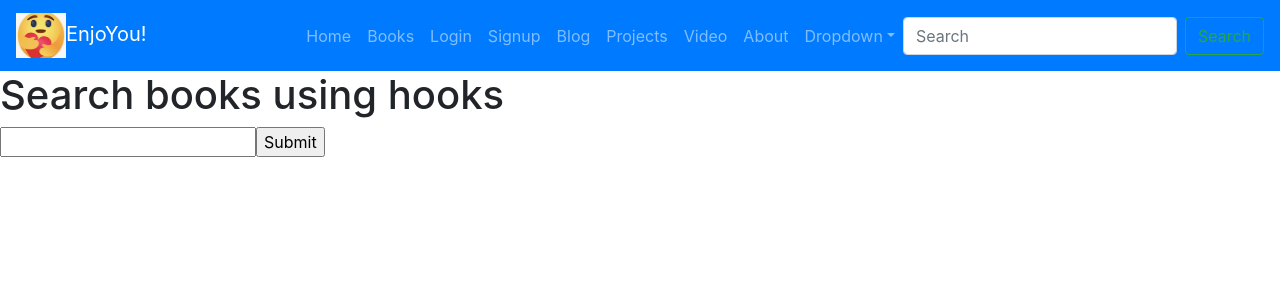
Repository: ebo-arcadia/enjoyou
Page: /books
An editor plug-in stored every save of this project. The page is shown before and after the next save, followed by the edit.
The browser window is 1280 px wide. The pictures show the whole page.
The project was rebuilt for these pictures with package versions that can differ from the ones it lists, and the page was loaded fresh each time. Also part of the build but not shown: src/App.css, src/components/Header.js, src/components/Home.js, src/components/BooksList.js, src/containers/Login.js, src/containers/signup.js, src/containers/blog.js, src/containers/Projects.js and 2 more.

Above is the page before, as saved 2021-04-21 23:06:11.

### public/index.html
<!DOCTYPE html>
<html lang="en">
  <head>
    <meta charset="utf-8" />
    <link rel="icon" href="%PUBLIC_URL%/favicon.ico" />
    <meta name="viewport" content="width=device-width, initial-scale=1" />
    <meta name="theme-color" content="#000000" />
    <meta
      name="description"
      content="Web site created using create-react-app"
    />
    <link rel="apple-touch-icon" href="%PUBLIC_URL%/logo192.png" />
    <!--
      manifest.json provides metadata used when your web app is installed on a
      user's mobile device or desktop. See https://developers.google.com/web/fundamentals/web-app-manifest/
    -->
    <link rel="manifest" href="%PUBLIC_URL%/manifest.json" />
    <link rel="stylesheet" href="https://cdn.jsdelivr.net/npm/bootstrap@4.6.0/dist/css/bootstrap.min.css" integrity="sha384-B0vP5xmATw1+K9KRQjQERJvTumQW0nPEzvF6L/Z6nronJ3oUOFUFpCjEUQouq2+l" crossorigin="anonymous" />

    <!--
      Notice the use of %PUBLIC_URL% in the tags above.
      It will be replaced with the URL of the `public` folder during the build.
      Only files inside the `public` folder can be referenced from the HTML.

      Unlike "/favicon.ico" or "favicon.ico", "%PUBLIC_URL%/favicon.ico" will
      work correctly both with client-side routing and a non-root public URL.
      Learn how to configure a non-root public URL by running `npm run build`.
    -->
    <title>React App</title>
  </head>
  <body>
    <noscript>You need to enable JavaScript to run this app.</noscript>
    <div id="root"></div>
    <!--
      This HTML file is a template.
      If you open it directly in the browser, you will see an empty page.

      You can add webfonts, meta tags, or analytics to this file.
      The build step will place the bundled scripts into the <body> tag.

      To begin the development, run `npm start` or `yarn start`.
      To create a production bundle, use `npm run build` or `yarn build`.
    -->
  </body>
</html>

### src/index.css
body, html {
  height: 100%;
}

/* -------------Header--------------- */

.header-wraper {
  background-image: url("https://mdbootstrap.com/img/Photos/Horizontal/Nature/full page/img(11).jpg");
  position: relative;
  height: 50vh;
  background-position: center;
  background-repeat: no-repeat;
  background-size: cover;
}

.main-info {
  display: flex;
  position: absolute;
  top: 0;
  left: 0;
  right: 0;
  bottom: 0;
  flex-direction: column;
  justify-content: center;
  align-items: center;
  text-align: center;
  font-family: "Roboto Condesed, sans-serif";

}

.main-info h1 {
  color: blueviolet;
  text-transform: capitalize;
}

/* ----------Typed Text-------------- */

.typed-text {
  color: blue;
  font-size: 2rem;
}

/* ----------Navigation Bar-------------- */


.nav-link:hover {
  text-decoration: none;
  background-color: crimson;
  transition: .3s ease-in-out;
}

### src/containers/App.js
import React from "react";
import '../App.css';
import 'bootstrap/dist/css/bootstrap.min.css';
import { BrowserRouter as Router, Switch, Route } from "react-router-dom";
import Home from '../components/Home';
import Books from '../containers/Books';
import Login from '../containers/Login';
import Signup from '../containers/Signup';
import Blog from '../containers/Blog';
import Projects from '../containers/Projects';
import Video from '../containers/Video';
import About from '../components/About'
import NavigationBar from '../components/NavigationBar';

export default function App() {
  return (
    <React.Fragment>
      <Router>
        <div>
          <NavigationBar />
          {/* A <Switch> looks through its children <Route>s and
              renders the first one that matches the current URL. */}
          <Switch>
            <Route path="/home"><Home /></Route>
            <Route path="/books"><Books /></Route>
            <Route path="/login"><Login /></Route>
            <Route path="/signup"><Signup /></Route>
            <Route path="/blog"><Blog /></Route>
            <Route path="/projects"><Projects /></Route>
            <Route path="/video"><Video /></Route>
            <Route path="/about"><About /></Route>
            <Route exact path="/"><Home /></Route>
          </Switch>
        </div>
      </Router>
    </React.Fragment>
  );
}

### src/containers/Books.js
import React, { Component, useState } from 'react';
import BooksList from '../components/BooksList';
import { Form, Row, Col, Button } from 'react-bootstrap';

const NYT_API_KEY = 'dGpQ5OmGP2SgfvZimlpCUoF4iOag9qzZ';
const URL = 'https://api.nytimes.com/svc/movies/v2/reviews/search.json?'
            + `api-key=${NYT_API_KEY}`;


function Books() {
    const [book, setBook] = useState("");
    const [result, setResult] = useState([]);
    const [apiKey, setApiKey] = useState("dGpQ5OmGP2SgfvZimlpCUoF4iOag9qzZ")

    const handleSubmit = (event) => {
        event.preventDefault();
        console.log(book)
        fetch(`https://api.giphy.com/v1/gifs/search?q=${book}&api_key=dc6zaTOxFJmzC&rating=g`)
        .then(response => response.json())
        .then(data => {setResult(data.data)})
    }

    return (
        <>
            <h1>Search books using hooks</h1>
            <form onSubmit={handleSubmit}>
                <input type="text" value={book} onChange={event => setBook(event.target.value)} />
            <input type="submit" value="Submit" />
            </form>
        </>
    )
}


// class Books extends Component {
//     constructor() {
//         super();
//         this.state = { books: [], searchTerm: ""};
//     }

//     handleChange = (event) => {
//         this.setState({ searchTerm: event.target.value })
//     }

//     handleSubmit = (event) => {
//         event.preventDefault();
//         let searchTerm = this.state.searchTerm
//         this.searchBooks(searchTerm)
//     }

//     searchBooks = (searchTerm="Top pick") => {
//         fetch(URL + `&query=${searchTerm}`)
//         .then(response => response.json())
//         .then(booksData => this.setState({ books: booksData.result}))
//     }

//     render() {
//         return (
//             <div>
//                 <Form onSubmit={this.handleSubmit}>
//                     <Row>
//                         <Col xs={4}>
//                         <Form.Group controlId="forSearchBooks">
//                             <Form.Control type="text" placeholder="search books" value={this.state.searchTerm} onChange={this.handleChange} />
//                             <Form.Text> Find books enlighening your mind! </Form.Text>
//                         </Form.Group>
//                         </Col>
//                     </Row>
//                     <Button variant="primary" type="submit">Search</Button>
//                 </Form>
//                 <BooksList books={this.state.books} />
//             </div>

//         )
//     }
// }

export default Books;

### src/components/NavigationBar.js
import React from 'react';
import { Navbar, Nav, NavDropdown, Form, FormControl, Button } from 'react-bootstrap';
import Logo from '../assets/logo.png';


const NavigationBar = () => {
    return (
        <Navbar bg="primary" expand="lg" variant="dark" fixed="top" style={{position: "sticky"}}>
        <Navbar.Brand href="home"><img src={Logo} style={{width: 50, height: 45}} className="logo" alt="logo"/>EnjoYou!</Navbar.Brand>
        <Navbar.Toggle aria-controls="basic-navbar-nav" />
        <Navbar.Collapse id="basic-navbar-nav">
          <Nav className="ml-auto">
            <Nav.Link href="/">Home</Nav.Link>
            <Nav.Link href="books">Books</Nav.Link>
            <Nav.Link href="login">Login</Nav.Link>
            <Nav.Link href="signup">Signup</Nav.Link>
            <Nav.Link href="blog">Blog</Nav.Link>
            <Nav.Link href="projects">Projects</Nav.Link>
            <Nav.Link href="video">Video</Nav.Link>
            <Nav.Link href="about">About</Nav.Link>
            <NavDropdown title="Dropdown" id="basic-nav-dropdown">
              <NavDropdown.Item href="#action/3.1">Action</NavDropdown.Item>
              <NavDropdown.Item href="#action/3.2">Another action</NavDropdown.Item>
              <NavDropdown.Item href="#action/3.3">Something</NavDropdown.Item>
              <NavDropdown.Divider />
              <NavDropdown.Item href="#action/3.4">Separated link</NavDropdown.Item>
            </NavDropdown>
          </Nav>
          <Form inline>
            <FormControl type="text" placeholder="Search" className="mr-sm-2" />
            <Button variant="outline-success">Search</Button>
          </Form>
        </Navbar.Collapse>
      </Navbar>
    )
}

export default NavigationBar;

Loaded but not shown: src/index.js (common file); src/reportWebVitals.js (common file)

After the next save:
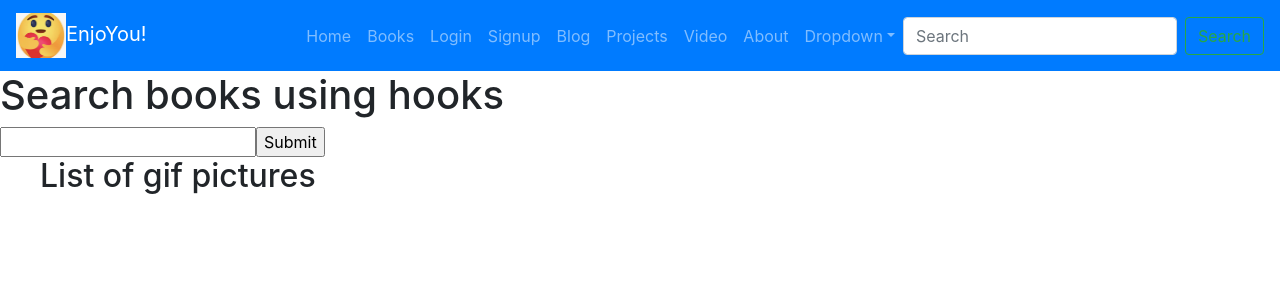
Saved 2 min 51 s later.
--- a/src/containers/Books.js
+++ b/src/containers/Books.js
@@ -27,6 +27,16 @@ function Books() {
                 <input type="text" value={book} onChange={event => setBook(event.target.value)} />
             <input type="submit" value="Submit" />
             </form>
+            <ul>
+            <h2>List of gif pictures</h2>
+            {result.slice(0,3).map((gif) => {
+                return (
+                    <li key={gif.id}>
+                        <img className="gif" src={gif.images.original.url} alt={gif.images.original.frames}></img>
+                    </li>
+                )
+            })}
+        </ul>
         </>
     )
 }
